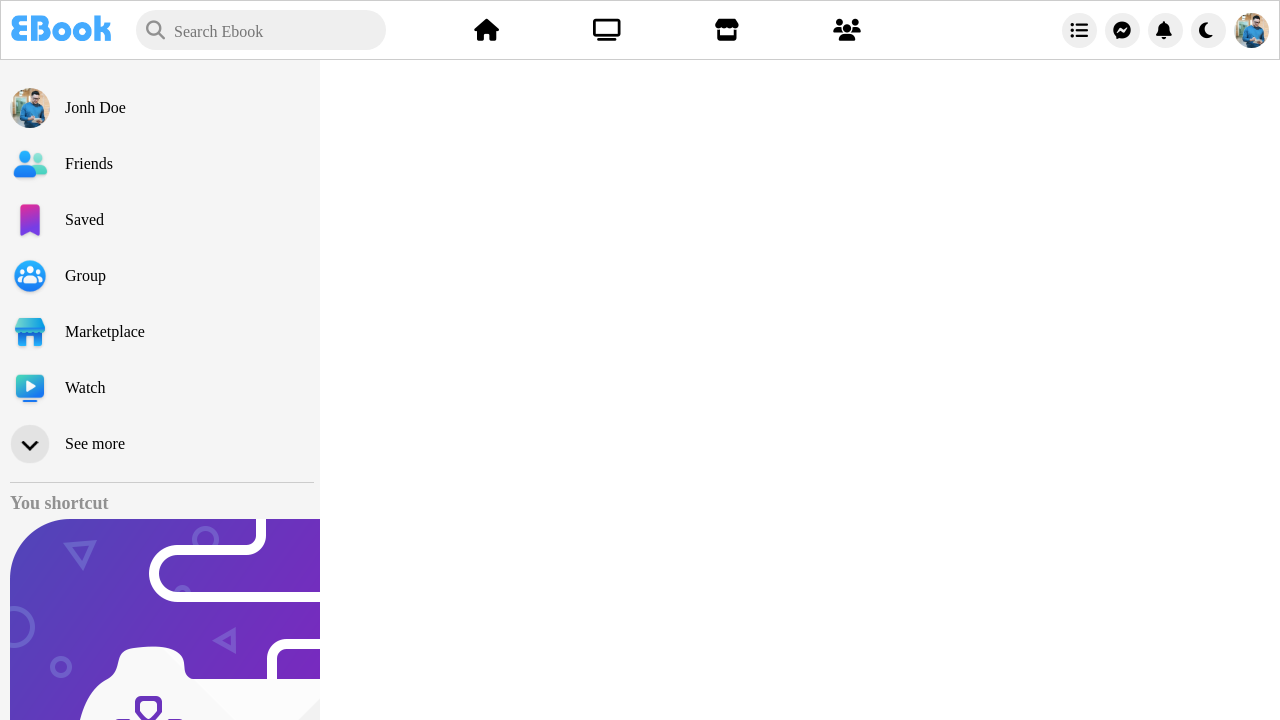
Repository: datvu1608/cloneebook
Page: index.html
An editor plug-in stored every save of this project. The page is shown before and after the next save, followed by the edit.
The browser window is 1280 px wide. The pictures show the whole page.
Some web libraries are served in a nearby version.

Above is the page before, as saved 2023-02-23 15:11:46.

After the next save:
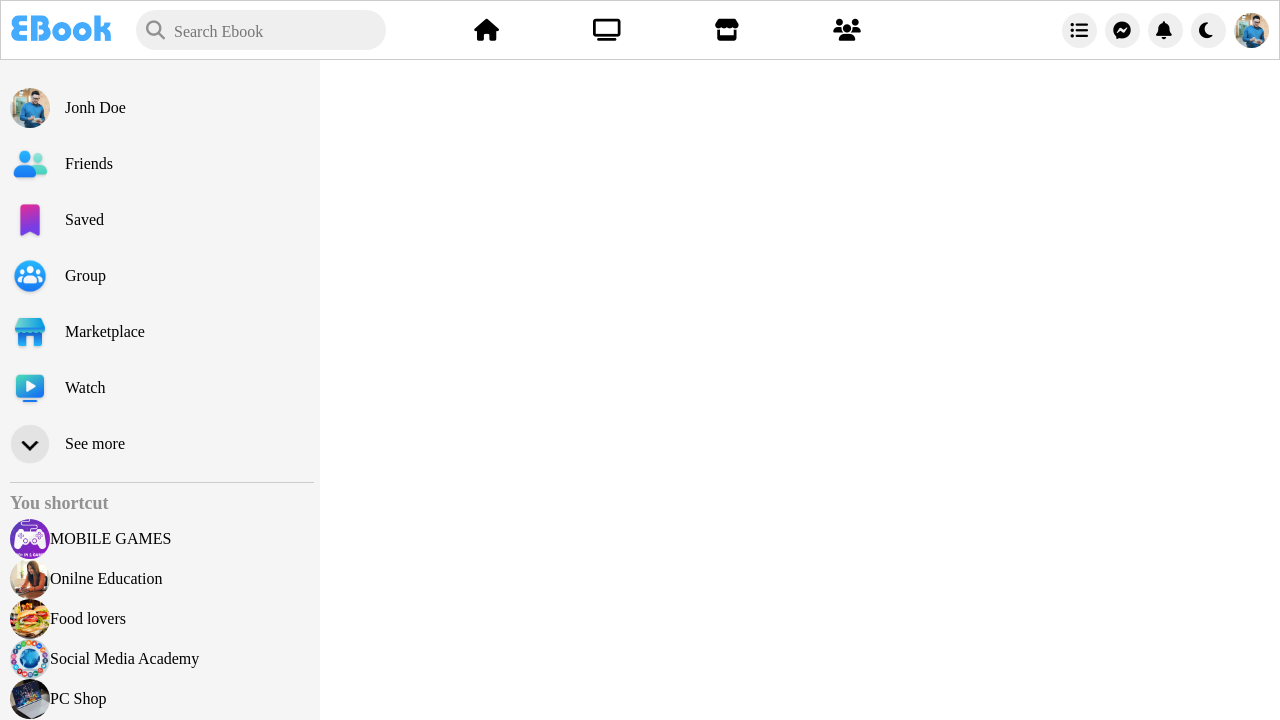
Saved 24 s later.
--- a/style.css
+++ b/style.css
@@ -164,3 +164,10 @@ nav .right img {
   align-items: center;
   transition: 0.2s;
 }
+.main .left .shortcuts img {
+  width: 40px;
+  height: 40px;
+  object-fit: cover;
+  object-position: center;
+  border-radius: 50%;
+}
